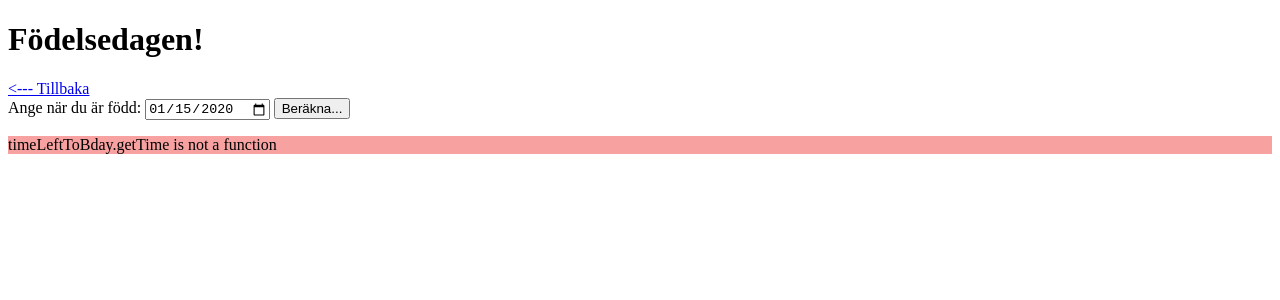
Repository: mw222rs/1dv403-laborationer
Page: 1-vandalen/birthday/index.html
The author's editor kept a record of every edit. The page is drawn from the files as they stood at one moment, then again after the next edit.
The browser window is 1280 px wide. The pictures show the whole page.
Empty fields were first filled with sample values (such as "Sample", 5 or name@example.com).
After loading, the first visible `#send` was clicked once.

Above is the page before.

After the next edit:
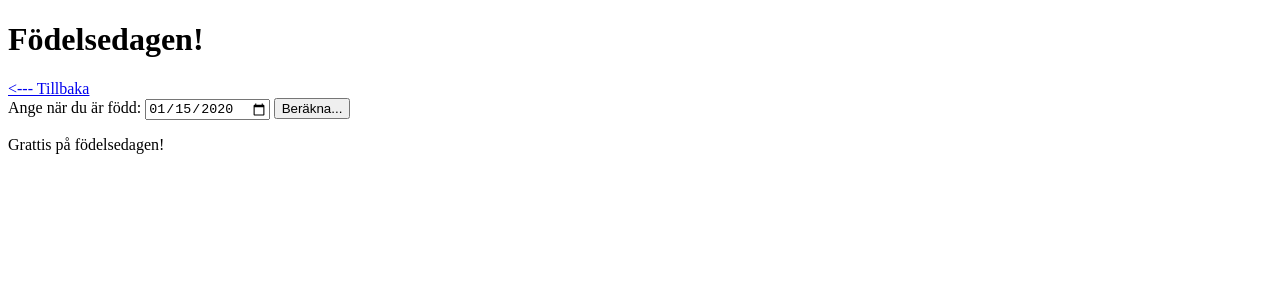
The edit:
--- a/1-vandalen/birthday/script.js
+++ b/1-vandalen/birthday/script.js
@@ -19,7 +19,7 @@
 		console.log("Bday: " + thisYearUserBday);
 		console.log("Nästa år: " + nextYearUserBday);
 
-		var timeLeftToBday = (thisYearUserBday.getTime() < now.getTime()) ? nextYearUserBday.getTime() : thisYearUserBday.getTime();
+		var timeLeftToBday = new Date();
 
 		var diff = timeLeftToBday.getTime() - now.getTime();
 
